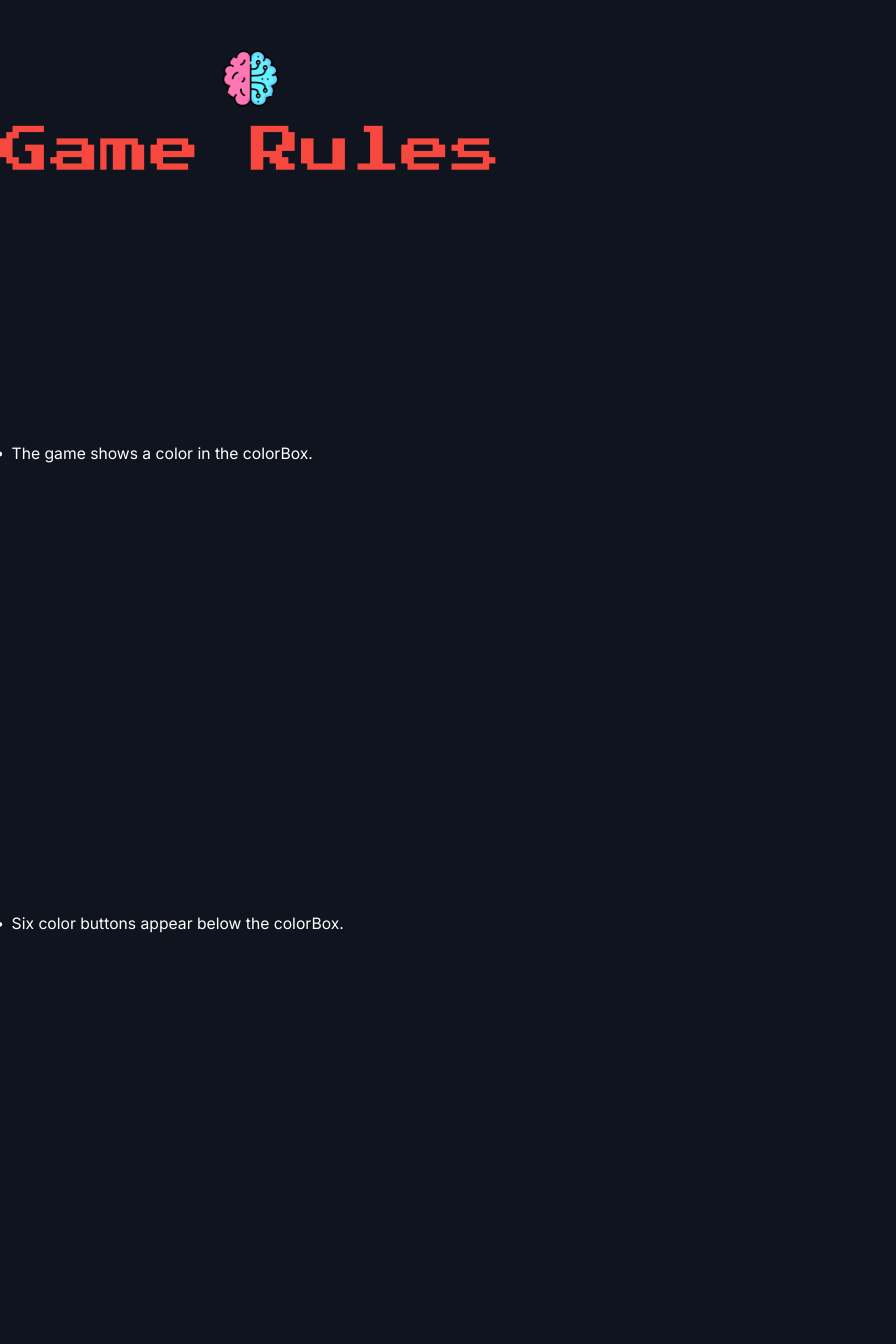
Repository: Shenixo/Color_match_game
Page: /rules
These files come from the project's save history. The page is drawn as it stood at one moment and after the next save; the edit follows.
The browser window is 1280 px wide. The pictures show the part of the page from y = 0 to 1920 px (the page is 4368 px tall before and 720 px after), at 70% of full size.
The project was rebuilt for these pictures with package versions that can differ from the ones it lists, and the page was loaded fresh each time. Also part of the build but not shown: vite.config.js, src/Components/Tab/Tab.css, src/Components/Tab/Tab.jsx, src/Pages/Home/Home.jsx.

Above is the page before, as saved 2025-02-03 06:14:05.

### index.html
<!DOCTYPE html>
<html lang="en">
  <head>
    <meta charset="UTF-8" />
    <link rel="icon" type="image/svg+xml" href="/vite.svg" />
    <meta name="viewport" content="width=device-width, initial-scale=1.0" />
    <link rel="preconnect" href="https://fonts.googleapis.com" />
    <link rel="preconnect" href="https://fonts.gstatic.com" crossorigin />
    <link rel="preconnect" href="https://fonts.googleapis.com">
<link rel="preconnect" href="https://fonts.gstatic.com" crossorigin>
<link href="https://fonts.googleapis.com/css2?family=Inter:ital,opsz,wght@0,14..32,100..900;1,14..32,100..900&family=Poppins:ital,wght@0,100;0,200;0,300;0,400;0,500;0,600;0,700;0,800;0,900;1,100;1,200;1,300;1,400;1,500;1,600;1,700;1,800;1,900&family=Press+Start+2P&display=swap" rel="stylesheet">
    <title>Color Match</title>
  </head>
  <body>
    <div id="root"></div>
    <script type="module" src="/src/main.jsx"></script>
  </body>
</html>

### src/App.jsx
import { Route, Routes } from "react-router-dom";
import "./App.css";
import Home from "./Pages/Home/Home";
import Rules from "./Pages/Rules/Rules";

function App() {
  return (
    <div>
      <Routes>
        <Route path="/" element={<Home />} />
        <Route path="/rules" element={<Rules />} />
      </Routes>
    </div>
  );
}

export default App;

### src/App.css
*{
  padding: 0;
  margin: 0;
  box-sizing: border-box;
  font-family: "Inter", serif;
}
body{
  background: #0f141e;
}

### src/Pages/Rules/Rules.jsx
import Title from "../../Components/Title/Title";
import "./Rules.css"
const Rules = () => {
  return (
    <div>
      <div className="container">
        <Title content="Game Rules" />

        <ul className="rules">
          {gameRules.map((rule) => (
            <li key={rule}>{rule}</li>
          ))}
        </ul>
      </div>
    </div>
  );
};

export default Rules;
const gameRules = [
  "The game shows a color in the colorBox.",
  "Six color buttons appear below the colorBox.",
  "Click the button that you think matches the color in the colorBox.",
  "If correct → You get +1 point and see 'Correct!' 🎉",
  "If wrong → You see 'Try Again!' ❌",
  "Click 'New Game' to start a fresh round with a new color.",
];

### src/Components/Title/Title.jsx
/* eslint-disable react/prop-types */
import "./Title.css"
import brain from "../../assets/brain.png"
import { Link } from "react-router-dom"
const Title = ({content}) => {
  return (
    <div className="title">
          <h1>{content}</h1>
          <Link to="/">
          <img src={brain} alt="Brain image" width={80} />
          </Link>
    </div>
  )
}

export default Title

### src/Pages/Home/Home.css
.home{
    width: 100%;
    max-height: 100svh;
}
.container{
    display: flex;
    align-items: center;
    justify-content: center;
    margin-top: 10%;
    flex-direction: column;
    gap: 1rem;
}

### src/Pages/Rules/Rules.css
.rules{
    color: white;
    font-size: 1.4rem;
}
.rules li{
    line-height: 30;
}

### src/Components/Title/Title.css
.title {
  display: flex;
  align-items: center;
  gap: 1rem;
  color: #f6483e;
  font-size: 1.4rem;
  margin-bottom: 2.5rem;
  flex-direction: column-reverse;
}
.title h1 {
  font-family: "Press Start 2P", serif;
}

Loaded but not shown: src/main.jsx (common file); src/index.css (common file)

After the next save:
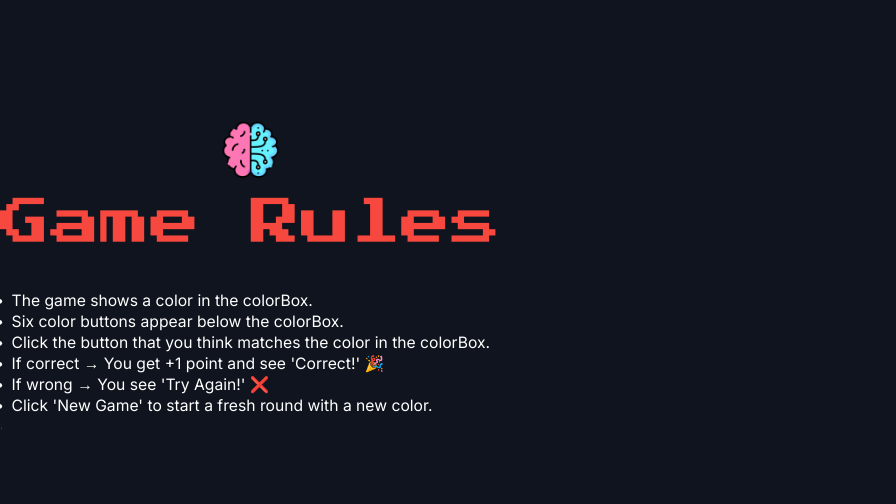
Saved 5 s later.
--- a/src/Pages/Rules/Rules.css
+++ b/src/Pages/Rules/Rules.css
@@ -3,5 +3,5 @@
     font-size: 1.4rem;
 }
 .rules li{
-    line-height: 30;
+    line-height: 30px;
 }
